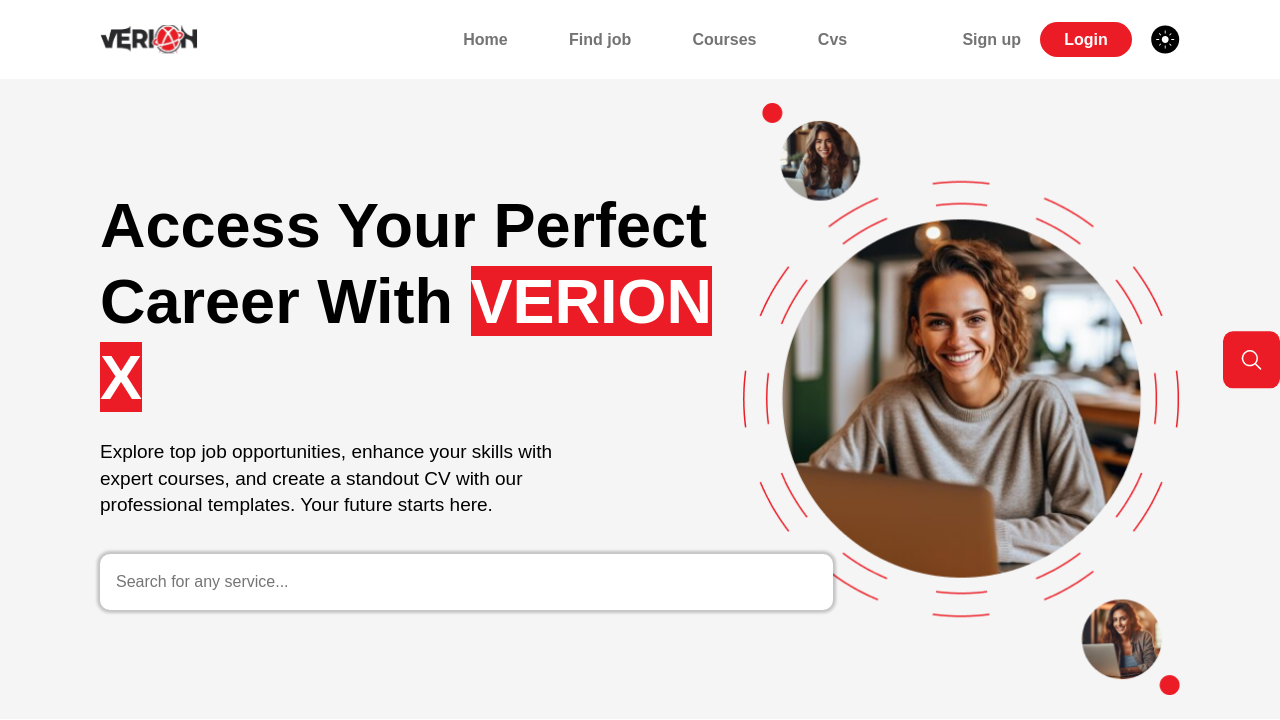
Repository: SahMenz/verionX
Page: /
An editor plug-in stored every save of this project. The page is shown before and after the next save, followed by the edit.
The browser window is 1280 px wide. The pictures show the whole page.
The project was rebuilt for these pictures with package versions that can differ from the ones it lists, and the page was loaded fresh each time. Also part of the build but not shown: vite.config.js.

Above is the page before, as saved 2024-06-14 15:08:16.

After the next save:
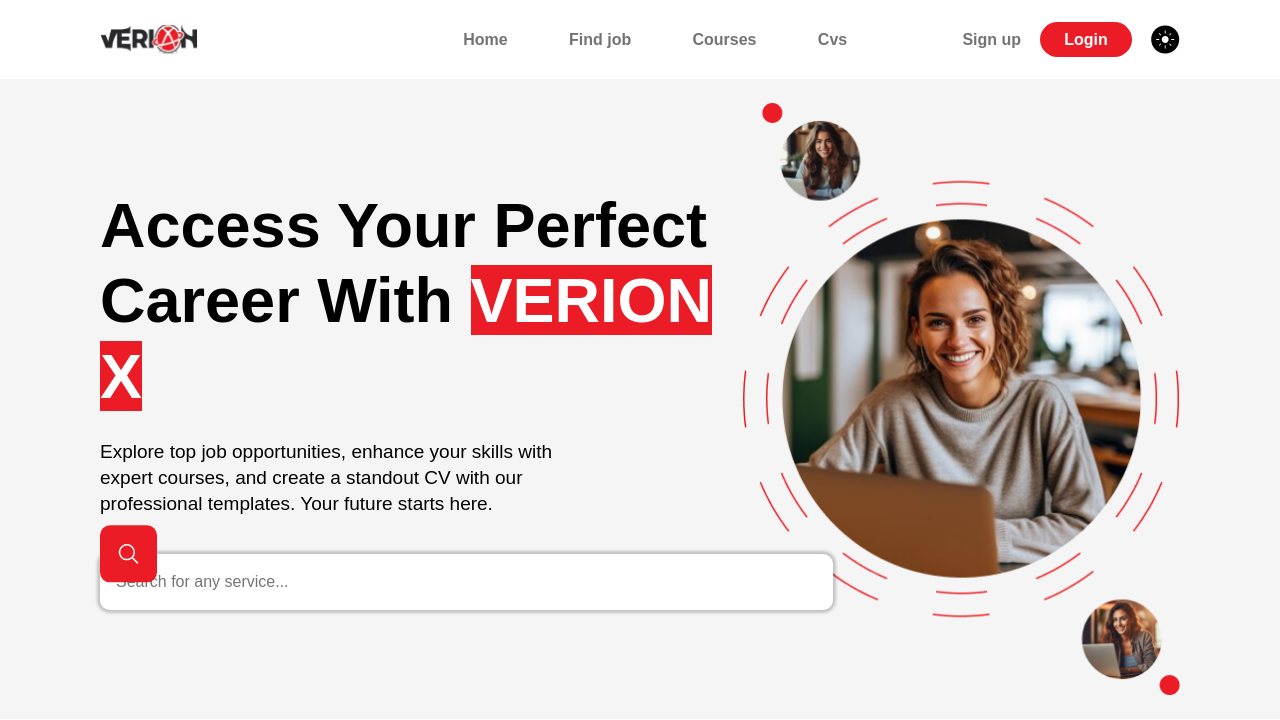
Saved 16 s later.
--- a/src/components/home/hero/hero.jsx
+++ b/src/components/home/hero/hero.jsx
@@ -10,8 +10,8 @@ function Hero() {
                 Explore top job opportunities, enhance your skills with expert courses, and create a standout CV with our professional templates. Your future starts here.
             </div>
             <div className="search-container">
-                <input type="text" placeholder="Search for any service..."  style={{position: "relative",width: "733px", borderRadius:"10px", boxShadow: "0px 0px 3px 3px rgba(0, 0, 0, 0.2)"}} className='p-3'/>
-                <button className="bg-eb p-3" style={{borderRadius:"10px", border:"none", position: "absolute", right: "0px", top:"50%", transform: "translateY(-50%)"}}><CustomSvg name="search" style={{borderRadius:"10px"}}/></button>
+                <input type="text" placeholder="Search for any service..."  style={{position: "absolute",width: "733px", borderRadius:"10px", boxShadow: "0px 0px 3px 3px rgba(0, 0, 0, 0.2)"}} className='p-3'/>
+                <button className="bg-eb p-3" style={{borderRadius:"10px", border:"none", position: "relative", right: "0px", top:"50%", transform: "translateY(-50%)"}}><CustomSvg name="search" style={{borderRadius:"10px"}}/></button>
             </div>
             <div></div>
         </div>
